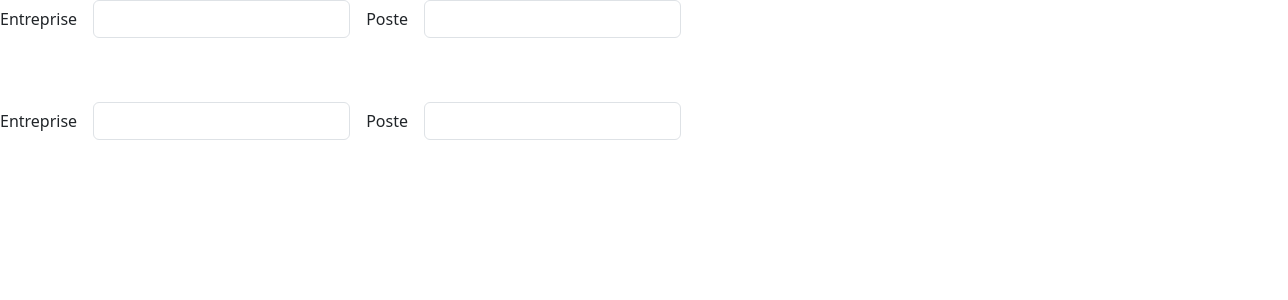
Repository: moAllElite/Examen-EJB-WEB-EAR
Page: http://localhost/SearchJobsWeb/views/exp_form_skills/main.jsp
An editor plug-in stored every save of this project. The page is shown before and after the next save, followed by the edit.
The browser window is 1280 px wide. The page is 1288 px wide, so the pictures cover 1288 px, including what lies to the right of the window. The pictures show the whole page.
The page is served by Tomcat 9. Nobody is signed in. The application's start-up code is not run.

Above is the page before, as saved 2023-03-25 22:13:23.

After the next save:
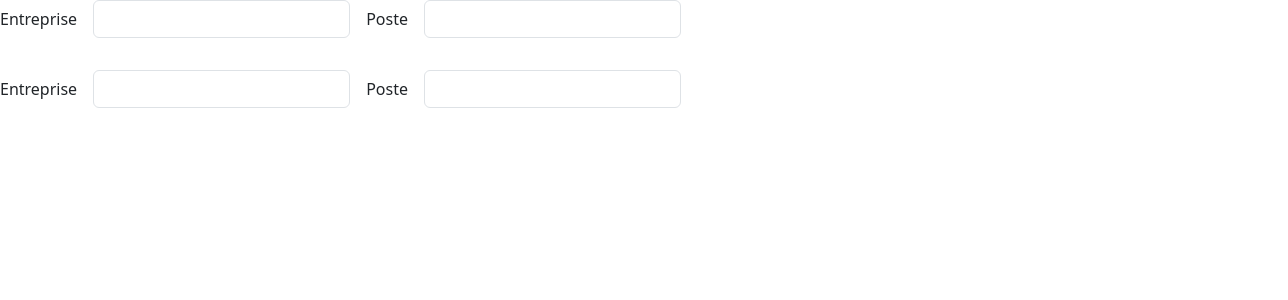
Saved 9 s later.
--- a/SearchJobsWeb/src/main/webapp/views/exp_form_skills/main.jsp
+++ b/SearchJobsWeb/src/main/webapp/views/exp_form_skills/main.jsp
@@ -27,7 +27,7 @@
 	  	</div>
 	  	<!-- Example Code -->
 
-	    <div class="row g-3 align-items-center mt-5">
+	    <div class="row g-3 align-items-center mt-3">
 	      <div class="col-auto">
 	        <label for="inputPassword6" class="col-form-label">Entreprise</label>
 	      </div>
